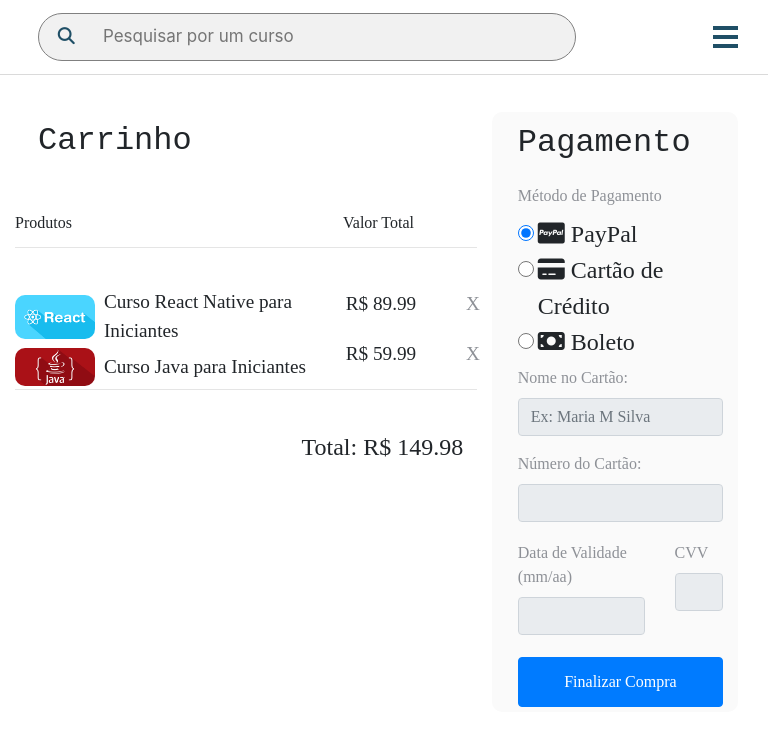
Repository: dudualtmann/Wissen
Page: Projeto Final2/WebContent/checkout.html
The author's editor kept a copy of each file at every save. The page is drawn from the files as they stood at one save, then again after the next save.
The browser window is 768 px wide. The pictures show the whole page.
Some web fonts or font styles are not loaded; a fallback is used. Some web libraries are served in a nearby version.

Above is the page before, as saved 2021-01-30 06:55:30.

After the next save:
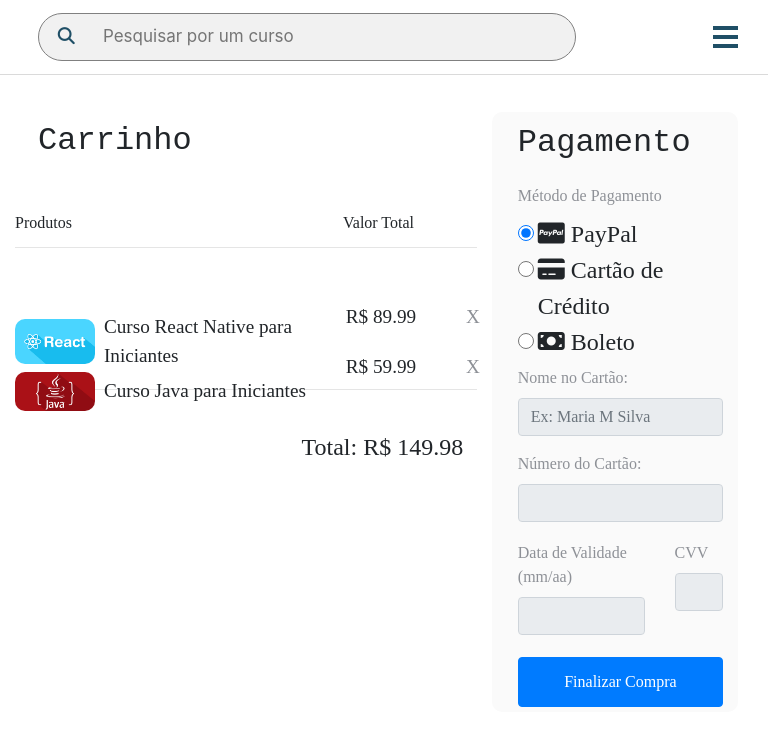
Saved 24 s later.
--- a/Projeto Final2/WebContent/css/checkout.css
+++ b/Projeto Final2/WebContent/css/checkout.css
@@ -140,7 +140,7 @@
 }
 
 .item{
-	margin-top: 5%;
+	margin-top: 10%;
 }
 
 .btn-x{

After the save that followed:
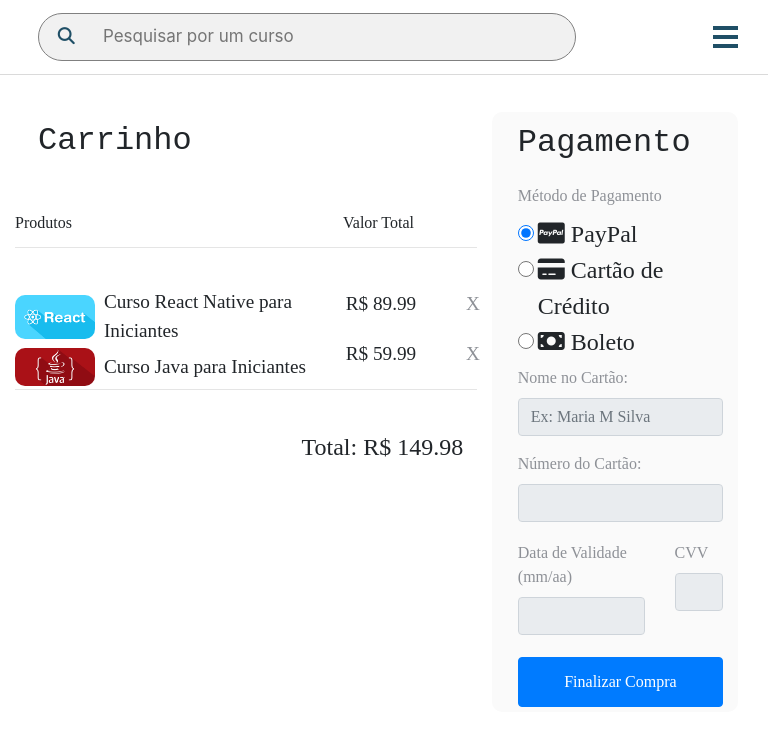
Saved 9 s later.
--- a/Projeto Final2/WebContent/css/checkout.css
+++ b/Projeto Final2/WebContent/css/checkout.css
@@ -140,7 +140,7 @@
 }
 
 .item{
-	margin-top: 10%;
+	margin-top: 5%;
 }
 
 .btn-x{
